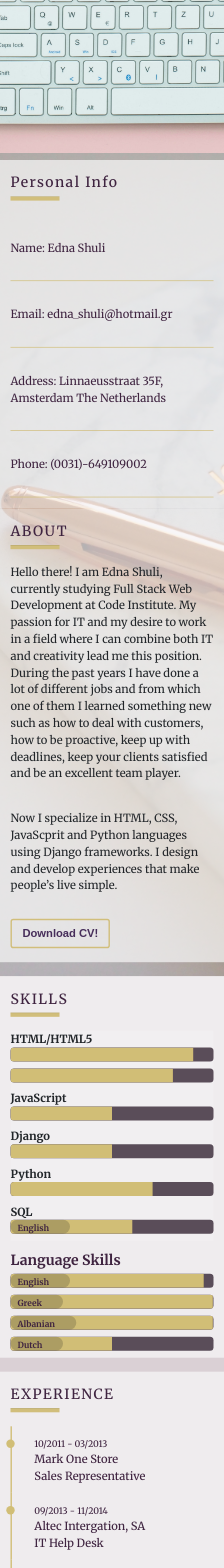
Repository: edshuli/Portfolio
Page: index.html
The author's editor kept a record of every edit. The page is drawn from the files as they stood at one moment, then again after the next edit.
The browser window is 320 px wide. The pictures show the part of the page from y = 582 to 2822 px (the page is 4196 px tall before and 4282 px after), at 70% of full size.
Backgrounds fixed to the window are drawn as part of the page. Some web fonts or font styles are not loaded; a fallback is used.

Above is the page before.

After the next edit:
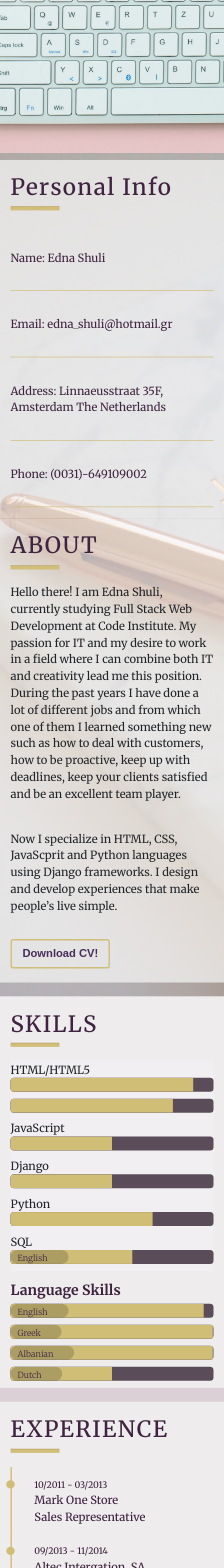
The edit:
--- a/assets/css/style.css
+++ b/assets/css/style.css
@@ -448,22 +448,3 @@
         background-image: none;
     }
 }
-
-
-
-@media (max-width: 320px) {
-    h2 {
-        font-size: 20px;
-    }
-
-    .skill-item-desc {
-        font-weight: bold;
-
-    }
-
-    .progress-item {
-        font-weight: bold;
-    }
-
-
-}

After the edit that followed:
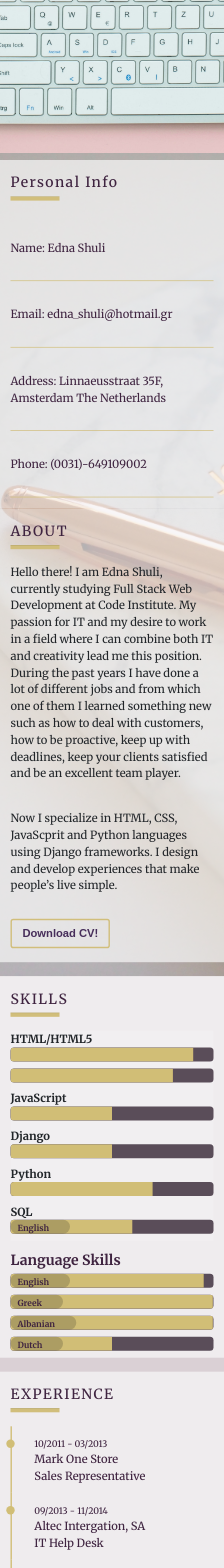
The edit:
--- a/assets/css/style.css
+++ b/assets/css/style.css
@@ -371,6 +371,22 @@
 
 /*------------------ MEDIA QUERRIES--------------*/
 
+@media (max-width: 320px) {
+    h2 {
+        font-size: 20px;
+    }
+
+    .skill-item-desc {
+        font-weight: bold;
+
+    }
+
+    .progress-item {
+        font-weight: bold;
+    }
+
+
+}
 
 @media (max-width: 575px) {
 
